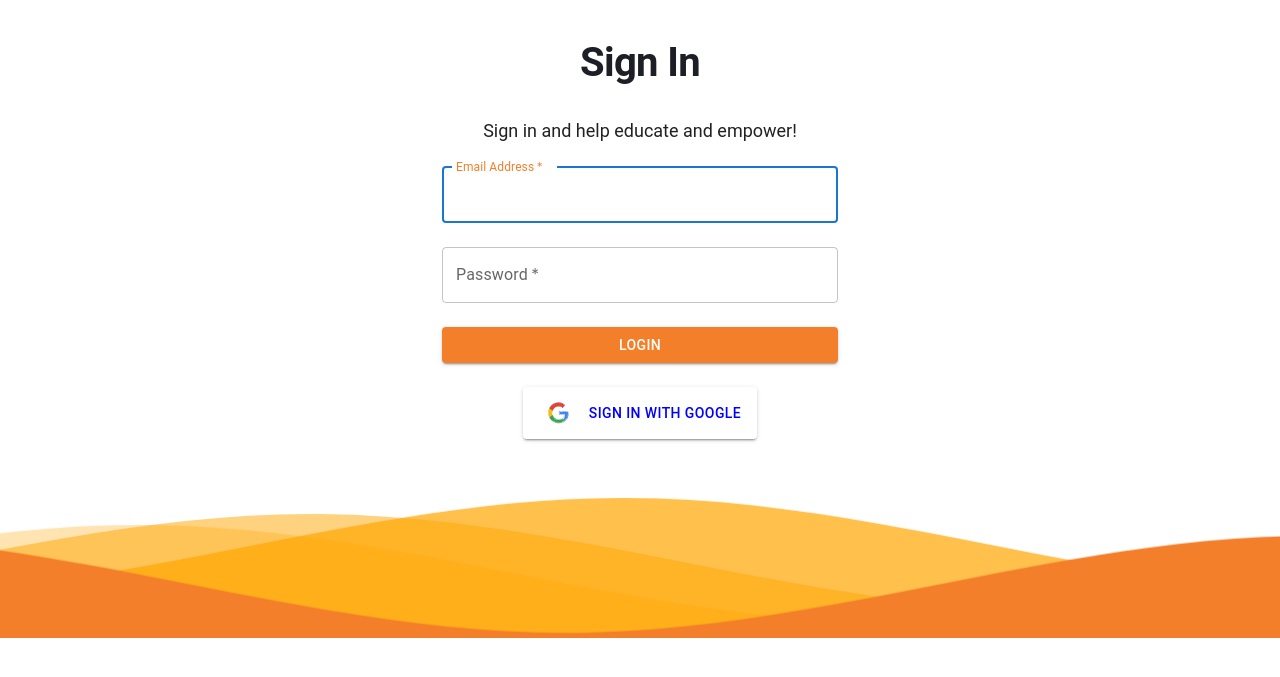
Repository: shubhampirate/Google_Solutions_Edural
Page: /dashboard
The author's editor kept a copy of each file at every save. The page is drawn from the files as they stood at one save, then again after the next save.
The browser window is 1280 px wide. The pictures show the whole page.
The project was rebuilt for these pictures with package versions that can differ from the ones it lists, and the page was loaded fresh each time. Some packages were replaced by stand-ins written for this rebuild. Also part of the build but not shown: src/Components/CustomButton.jsx, src/Components/Navbar.jsx, src/Components/Footer.jsx, src/Components/CongratsCard.jsx, src/pages/Hero/Hero.jsx.

Above is the page before, as saved 2024-02-03 00:05:03.

### src/App.jsx
import Hero from "./pages/Hero/Hero";
import SignIn from "./pages/Sign_in";
import {useState} from "react";
function App() {
  return (
    <>
      {/* <Hero />   */}
      <SignIn />
         </>
  );
}

export default App;

### src/pages/Sign_in.jsx
import * as React from 'react';
import Avatar from '@mui/material/Avatar';
import Button from '@mui/material/Button';
import CssBaseline from '@mui/material/CssBaseline';
import TextField from '@mui/material/TextField';
import FormControlLabel from '@mui/material/FormControlLabel';
import Checkbox from '@mui/material/Checkbox';
import Link from '@mui/material/Link';
import Grid from '@mui/material/Grid';
import Box from '@mui/material/Box';
import LockOutlinedIcon from '@mui/icons-material/LockOutlined';
import Typography from '@mui/material/Typography';
import Container from '@mui/material/Container';
import { createTheme, ThemeProvider } from '@mui/material/styles';
import { styled } from "@mui/material";
import Swal from 'sweetalert2';
import CustomButton from "../Components/CustomButton";
// import { useNavigate } from 'react-router-dom';
import heroImg from "../media/Google.png";
import Divider from '@mui/material/Divider';
const defaultTheme = createTheme();

export default function SignIn() {

//   const navigate = useNavigate();

  const handleSubmit = (event) => {
    event.preventDefault();
    const data = new FormData(event.currentTarget);

    const searchData = {
      email: data.get('email'),
      password: data.get('password'),
    }
    console.log({
      email: data.get('email'),
      password: data.get('password'),
    });

    // fetch(`https://wixstocle.pythonanywhere.com/api/login/`, {
    //   method: 'POST',
    //   headers: {
    //     'Content-Type': 'application/json',
    //   },
    //   body: JSON.stringify(searchData),
    // }).then((response) => response.json())
    //   .then((data) => {
    //     // console.log(data);
    //     if (data.status == true) {
    //       Swal.fire({
    //         icon: 'success',
    //         title: 'Successfully Logged In',
    //         showConfirmButton: false,
    //         timer: 3000
    //       })
    //       navigate('/dashboard')
    //     }
    //     else {
    //       Swal.fire({
    //         icon: 'error',
    //         title: data.message,
    //         showConfirmButton: false,
    //         timer: 3000
    //       })
    //     }
    //   })
    //   .catch((error) => {
    //     // console.error(error);
    //   });

  };
  const Title = styled(Typography)(({ theme }) => ({
    fontSize: "40px",
    color: "#000336",
    fontWeight: "bold",
    textAlign: "center",
    margin: theme.spacing(4, 0, 4, 0),
    [theme.breakpoints.down("sm")]: {
      fontSize: "40px",
    },
  }));


  return (
    <ThemeProvider theme={defaultTheme}>
    <Container component="main" maxWidth="xs">
      <CssBaseline />
      <Box
        sx={{
          marginTop: 1,
          display: 'flex',
          flexDirection: 'column',
          alignItems: 'center',
          justifyContent:'center'
        }}
      >
        <Title variant="h1" sx={{ color: "#1C1F25" }}>
            Sign In
           </Title>
        <Typography component="h2" variant="h5" sx={{ fontSize: "18px" }}>
          Sign in and help educate and empower!
        </Typography>
        <Box component="form" onSubmit={handleSubmit} noValidate sx={{ mt: 1 }}>
          <TextField
            margin="normal"
            required
            fullWidth
            id="email"
            label="Email Address"
            name="email"
            autoComplete="email"
            autoFocus
            sx={{
                '& .MuiOutlinedInput-root': {
                  '&:hover fieldset': {
                    borderColor: "#F47F2A", // Outline color on hover
                  },
                },
                '& .Mui-focused fieldset': {
                  borderColor: "#F47F2A", // Outline color when focused
                },

                '& .MuiInputLabel-root.Mui-focused': {
                  color: "#F47F2A", // Label color when focused
                },

              }}
          />
          <TextField
            margin="normal"
            required
            fullWidth
            name="password"
            label="Password"
            type="password"
            id="password"
            autoComplete="current-password"
            sx={{
                '& .MuiOutlinedInput-root': {
                  '&:hover fieldset': {
                    borderColor: "#F47F2A", // Outline color on hover
                  },
                },
                '& .Mui-focused fieldset': {
                  borderColor: "#F47F2A", // Outline color when focused
                },

                '& .MuiInputLabel-root.Mui-focused': {
                  color: "#F47F2A", // Label color when focused
                },

              }}
          />
          {/* <FormControlLabel
            control={<Checkbox value="remember" color="primary" />}
            label="Remember me"
          /> */}
          <Button
            type="submit"
            fullWidth
            variant="contained"

            sx={{
              mt: 2,
              mb: 1,
              backgroundColor: "#F47F2A", // Background color on hover
                color: "#fff", // Text color on hover
                // borderColor: "#F47F2A", //
              '&:hover': {
                backgroundColor: "#fff", // Background color on hover
                color: "#F47F2A", // Text color on hover
                borderColor: "#F47F2A", // Outline color on hover
              },
            }}
          >
            Login
          </Button>
          <Box
  display="flex"
  justifyContent="center"
  alignItems="center"
  flexDirection="column"
  sx={{ mt: 2, mb: 1 }}
>
  <Button
    type="submit"
    variant="contained"
    sx={{
      backgroundColor: "white", // Background color on hover
      color: "blue", // Text color on hover
      '&:hover': {
        backgroundColor: "#blue", // Background color on hover
        color: "white", // Text color on hover
      },
    }}
  >
    <img
      src={heroImg}
      alt="Google Icon"
      style={{ width: '40px', height: '100%', marginRight: '10px' }}
    />
    Sign In with Google
  </Button>
</Box>

        </Box>
      </Box>
    </Container>
    <div style={{ marginTop: "2.5rem", marginBottom: "-1rem" }}>
  <svg
    style={{
      position: 'relative',
      width: '100%',
      height: '21vh',
    }}
    xmlns="http://www.w3.org/2000/svg"
    xmlnsXlink="http://www.w3.org/1999/xlink"
    viewBox="0 24 150 28"
    preserveAspectRatio="none"
    shapeRendering="auto"
  >
    <defs>
      <path
        id="gentle-wave"
        d="M-160 44c30 0 58-18 88-18s 58 18 88 18 58-18 88-18 58 18 88 18 v44h-352z"
      />
    </defs>
    <g className="parallax">
      <use xlinkHref="#gentle-wave" x="48" y="0" fill="rgba(255,165,0,0.7)" />
      <use xlinkHref="#gentle-wave" x="48" y="3" fill="rgba(255,165,0,0.5)" />
      <use xlinkHref="#gentle-wave" x="48" y="5" fill="rgba(255,165,0,0.3)" />
      <use xlinkHref="#gentle-wave" x="48" y="7" fill="#F47F2A" />
    </g>
  </svg>
  <style>
    {`
      .parallax > use {
        animation: move-forever 25s cubic-bezier(.55,.5,.45,.5) infinite;
      }
      .parallax > use:nth-child(1) {
        animation-delay: -2s;
        animation-duration: 7s;
      }
      .parallax > use:nth-child(2) {
        animation-delay: -3s;
        animation-duration: 10s;
      }
      .parallax > use:nth-child(3) {
        animation-delay: -4s;
        animation-duration: 13s;
      }
      .parallax > use:nth-child(4) {
        animation-delay: -5s;
        animation-duration: 20s;
      }
      @keyframes move-forever {
        0% {
          transform: translate3d(-90px,0,0);
        }
        100% {
          transform: translate3d(85px,0,0);
        }
      }
      @media (max-width: 768px) {
        .waves {
          height: 40px;
          min-height: 40px;
        }
      }
    `}
  </style>
</div>


    </ThemeProvider>
  );
}

Loaded but not shown: public/index.html (common file); src/index.js (common file); src/index.css (common file)

After the next save:
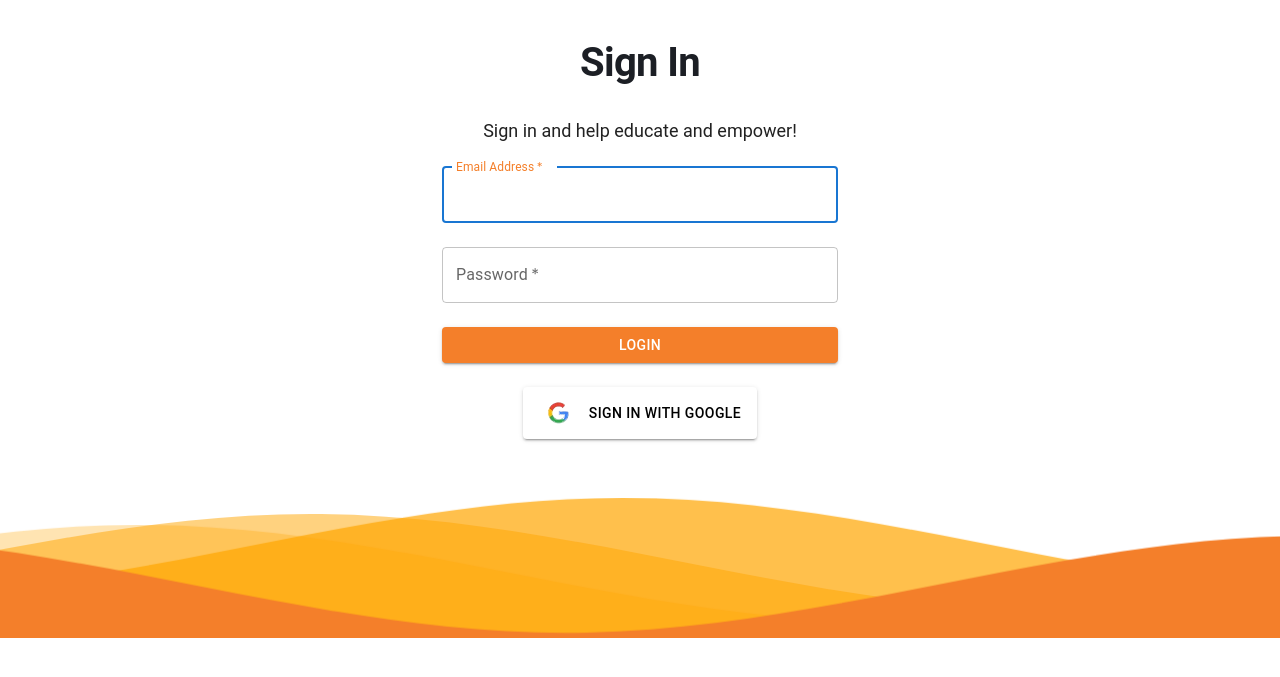
Saved 13 s later.
--- a/src/pages/Sign_in.jsx
+++ b/src/pages/Sign_in.jsx
@@ -187,7 +187,7 @@ export default function SignIn() {
     variant="contained"
     sx={{
       backgroundColor: "white", // Background color on hover
-      color: "blue", // Text color on hover
+      color: "black", // Text color on hover
       '&:hover': {
         backgroundColor: "#blue", // Background color on hover
         color: "white", // Text color on hover
